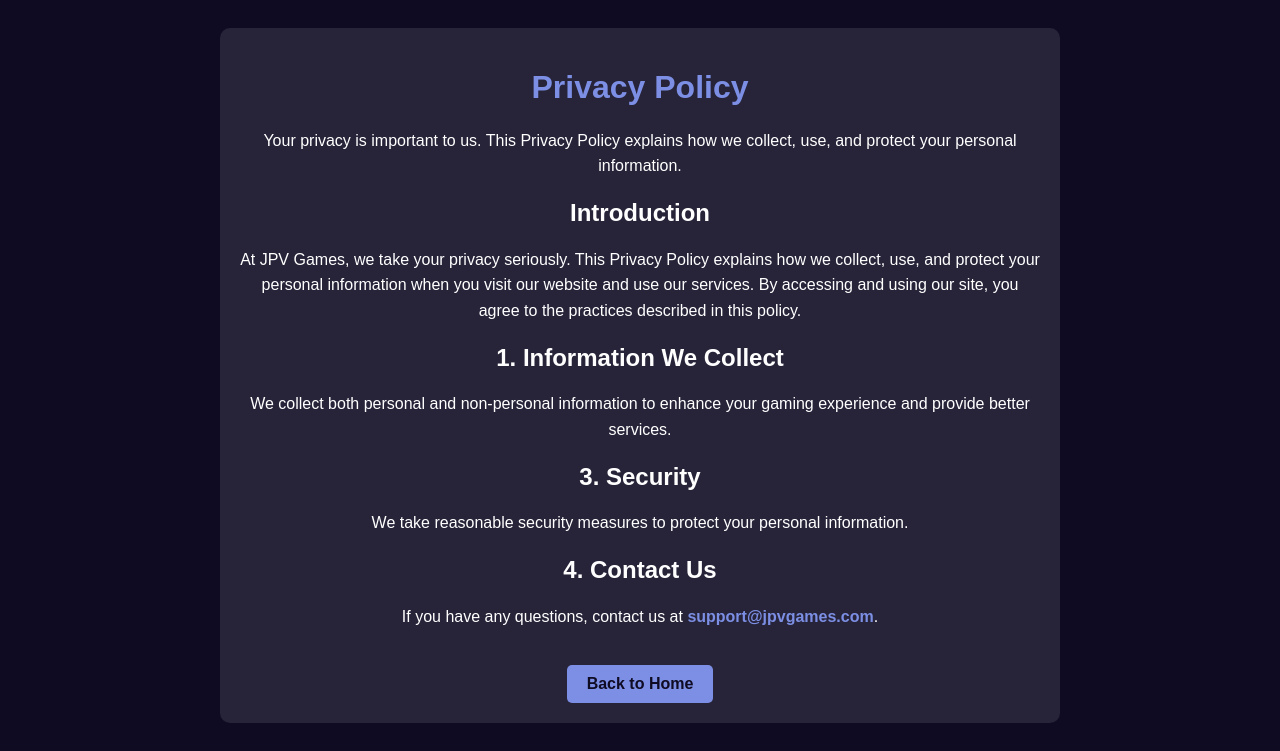
Repository: meenadabhii/jpygames.com
Page: http://localhost/privacy-policy.html
These files come from the project's save history. The page is drawn as it stood at one moment and after a run of saves; the edit follows.
The browser window is 1280 px wide. The pictures show the whole page.
The page is served by the project's Node server (app.js).

Above is the page before, as saved 2025-02-08 10:41:18.

After the next 2 saves:
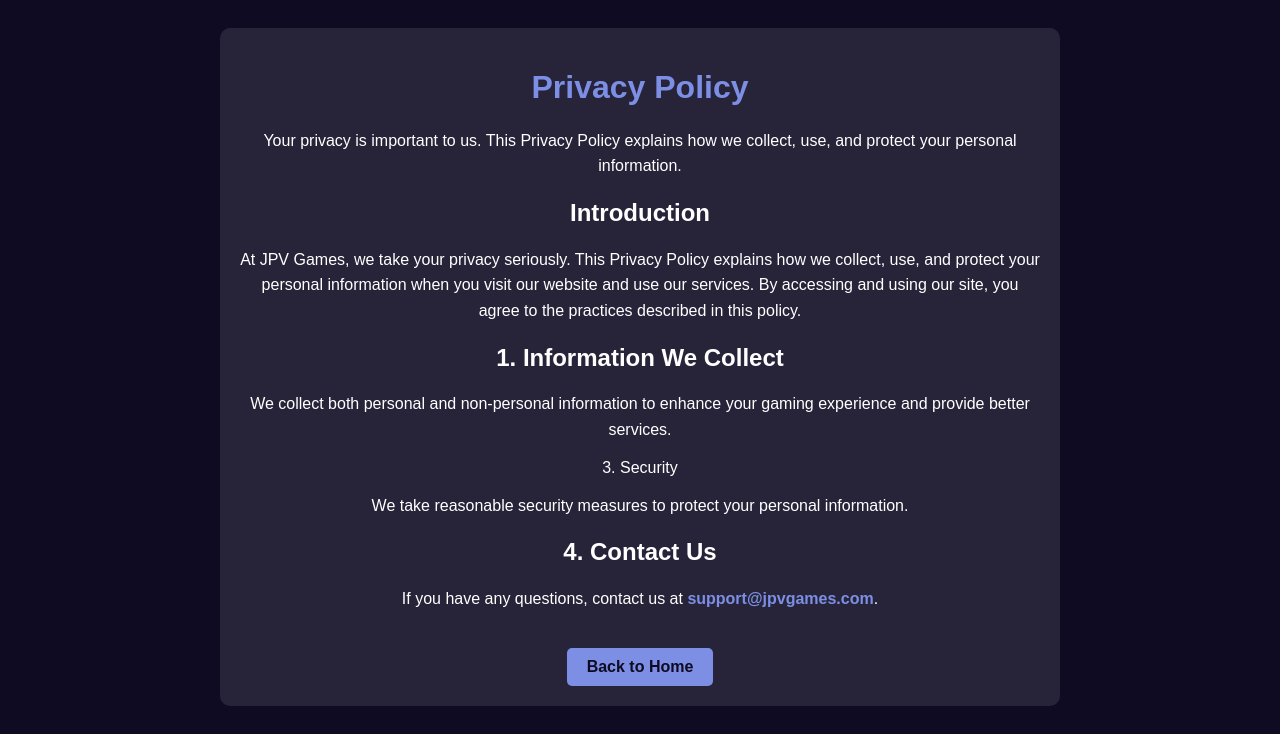
The 2 saves are shown as one change because they came seconds apart.
The last was saved 5 s later.
--- a/nodejs/views/privacy-policy.html
+++ b/nodejs/views/privacy-policy.html
@@ -68,7 +68,7 @@
         <p>We collect both personal and non-personal information to enhance your gaming experience and provide better services.
 
         </p>
-
+        <h
 
         <h2>3. Security</h2>
         <p>We take reasonable security measures to protect your personal information.</p>
